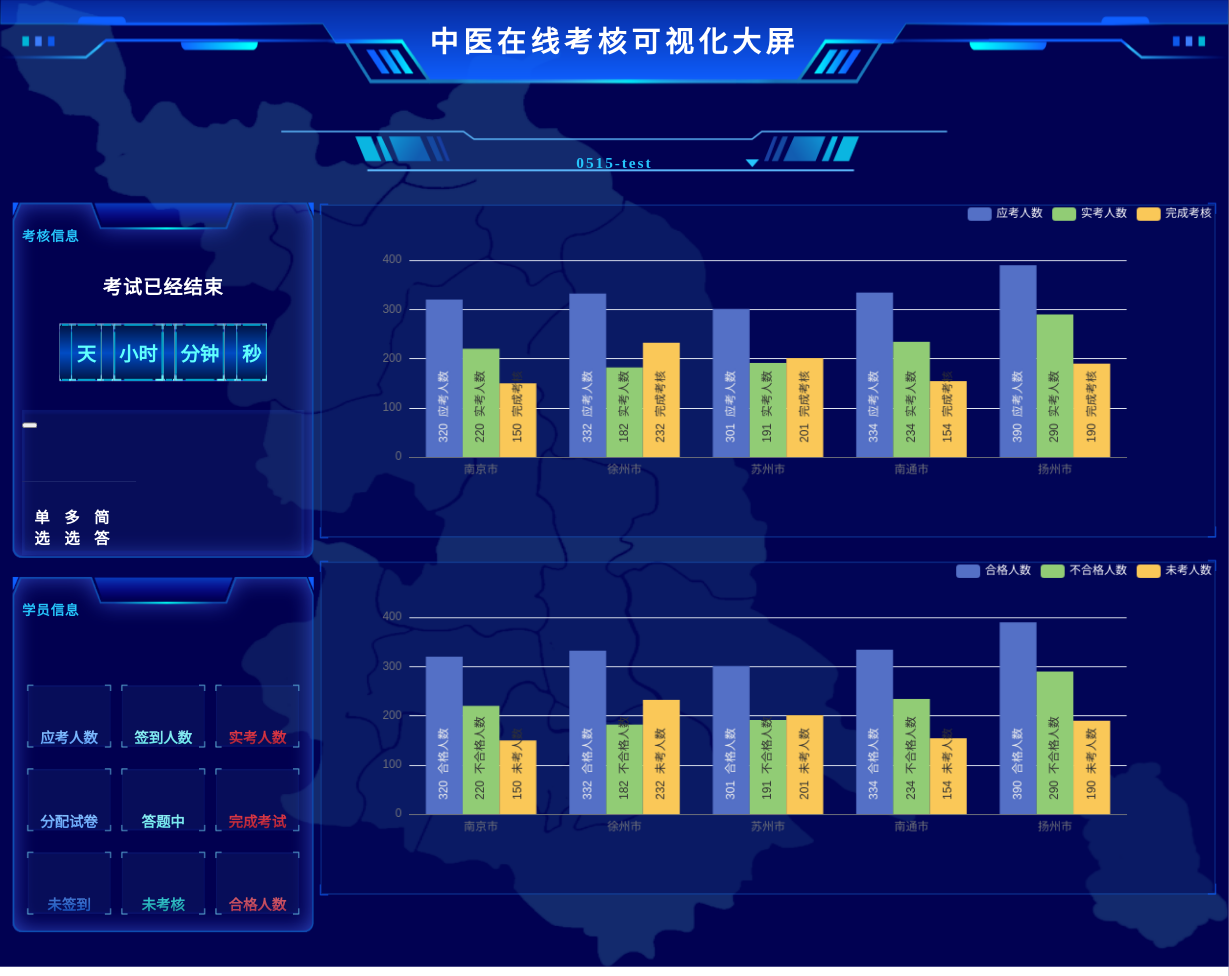
Repository: krislorem/medicine-online-datascreen-vue
Page: /
These files come from the project's save history. The page is drawn as it stood at one moment and after the next save; the edit follows.
The browser window is 1280 px wide. The pictures show the whole page, at 96% of full size.
The project was rebuilt for these pictures with package versions that can differ from the ones it lists, and the page was loaded fresh each time. Also part of the build but not shown: vite.config.ts.

Above is the page before, as saved 2024-12-04 20:47:18.

After the next save:
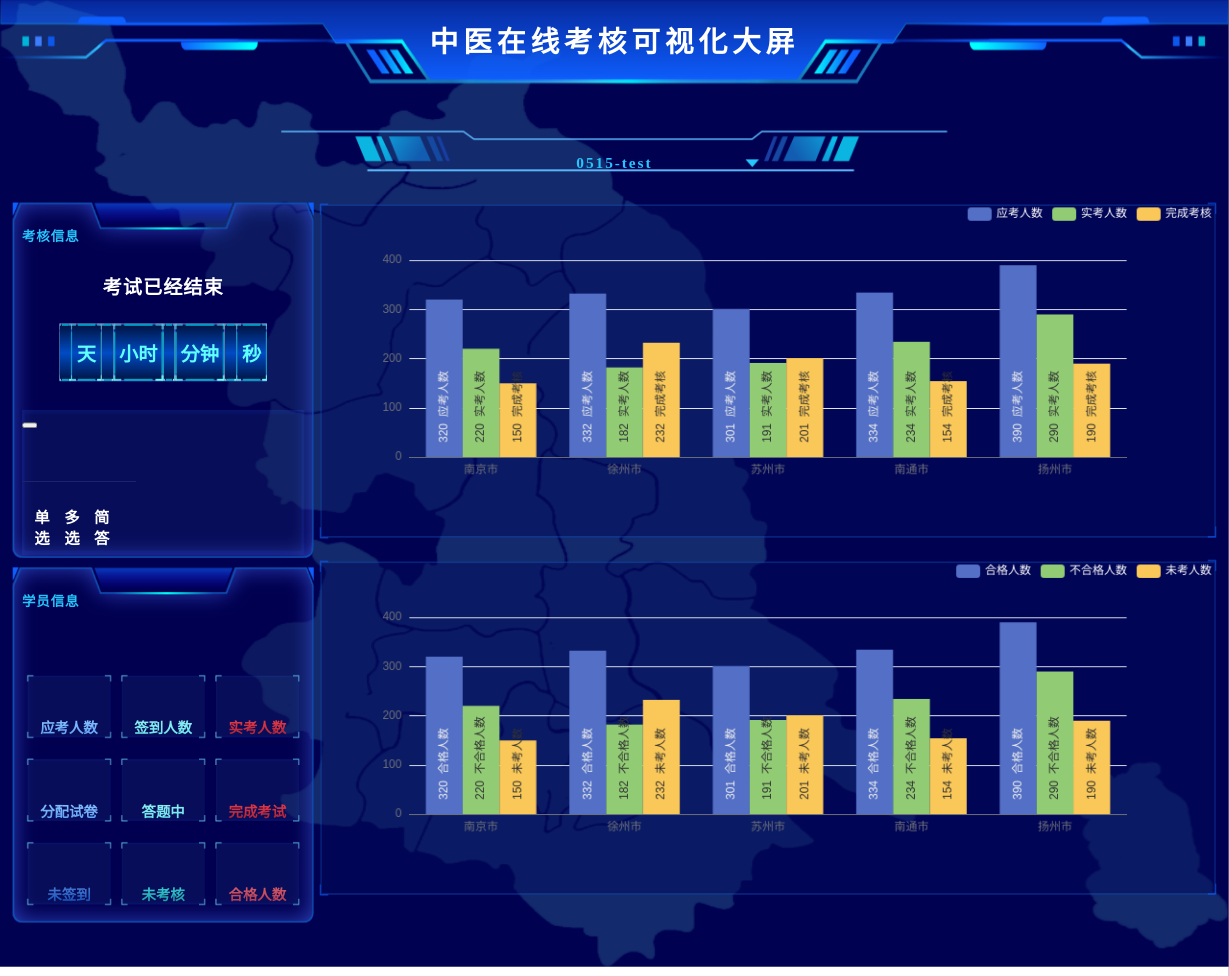
Saved 3 min 43 s later.
--- a/src/views/HomeView.vue
+++ b/src/views/HomeView.vue
@@ -229,7 +229,7 @@ body {
 }
 
 #all-info #left .item-1 {
-  margin-bottom: 20px;
+  margin-bottom: 10px;
 }
 
 #all-info #left .item-1 .time-title {
